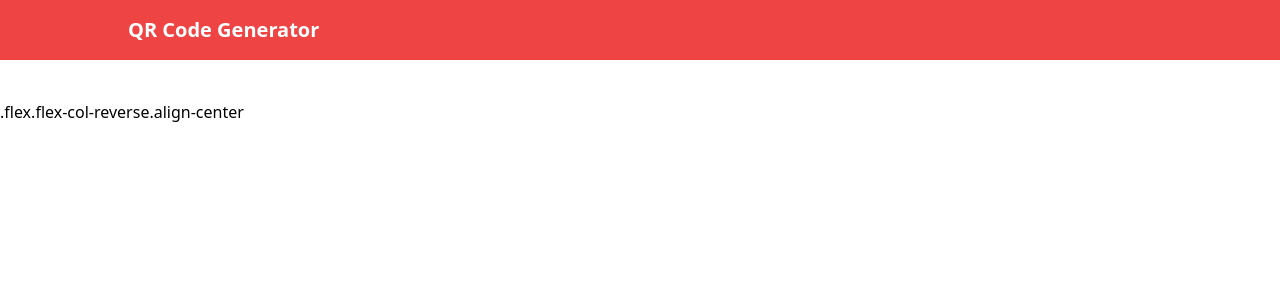
Repository: Ellisvelandia/QR-generator
Page: index.html
These files come from the project's save history. The page is drawn as it stood at one moment and after a run of saves; the edit follows.
The browser window is 1280 px wide. The pictures show the whole page.
Some web libraries are served in a nearby version.

Above is the page before, as saved 2022-08-21 20:41:07.

After the next 5 saves:
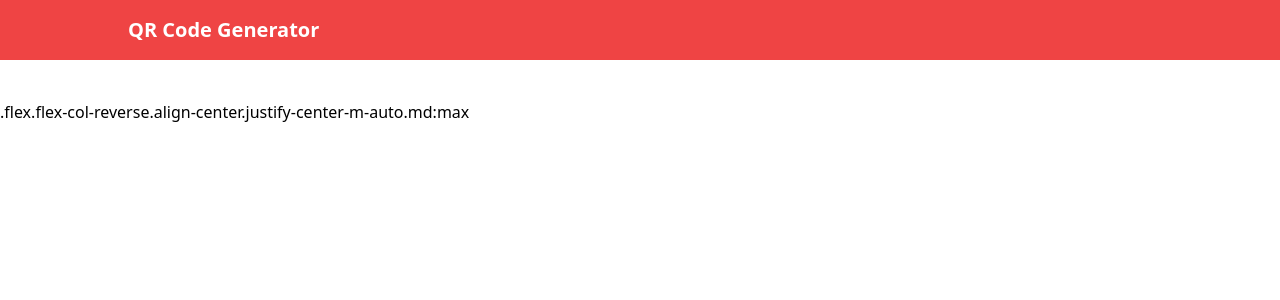
The 5 saves are shown as one change because they came seconds apart.
The last was saved 15 s later.
--- a/index.html
+++ b/index.html
@@ -34,7 +34,7 @@
       </div>
     </header>
     <main class="">
-   .flex.flex-col-reverse.align-center
+   .flex.flex-col-reverse.align-center.justify-center-m-auto.md:max
     </main>
   </body>
 </html>
